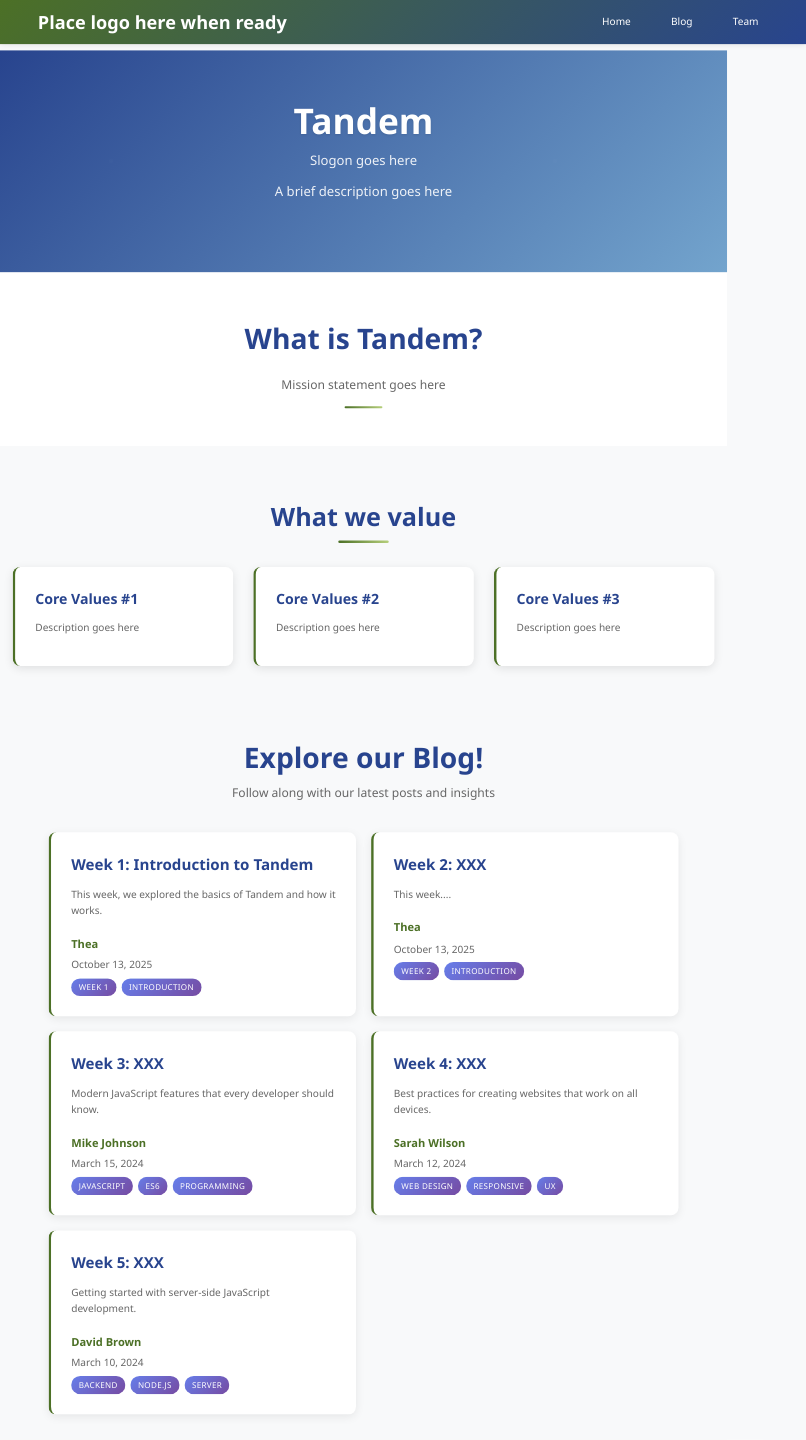
Repository: Bcit-sandy/TandemBlog
Page: /
These files come from the project's save history. The page is drawn as it stood at one moment and after the next save; the edit follows.
The browser window is 1280 px wide. The pictures show the whole page, at 63% of full size.
The project was rebuilt for these pictures with package versions that can differ from the ones it lists, and the page was loaded fresh each time. Also part of the build but not shown: vite.config.js, src/pages/BlogPost.jsx, src/pages/About.css, src/pages/About.jsx.

Above is the page before, as saved 2025-10-13 16:09:33.

### src/index.css
:root {
  /* Typography & base */
  font-family: system-ui, Avenir, Helvetica, Arial, sans-serif;
  line-height: 1.5;
  font-weight: 400;
  color-scheme: light dark;
  color: rgba(255, 255, 255, 0.87);
  background-color: #242424;
  font-synthesis: none;
  text-rendering: optimizeLegibility;
  -webkit-font-smoothing: antialiased;
  -moz-osx-font-smoothing: grayscale;

  /* Color variables */
  --white: #ffffff;
  --black: #000000;

  --light-gray: #f5f7fb;
  --text-gray: #6b7280;
  --dark-gray: #2c3e50;
  --gray-500: #7f8c8d;
  --gray-200: #ecf0f1;
  --border-light: #f0f0f0;

  --blue-primary: #3b82f6;
  --blue-secondary: #60a5fa;

  --green-primary: #10b981;
  --green-secondary: #34d399;

  --indigo: #667eea;
  --purple: #764ba2;

  --link: #646cff;
  --link-hover: #535bf2;
  --link-hover-light: #747bff;

  --button-bg-dark: #1a1a1a;
}

a {
  font-weight: 500;
  color: var(--link);
  text-decoration: inherit;
}
a:hover {
  color: var(--link-hover);
}

body {
  margin: 0;
  display: flex;
  place-items: center;
  min-width: 320px;
  min-height: 100vh;
}

h1 {
  font-size: 3.2em;
  line-height: 1.1;
}

button {
  border-radius: 8px;
  border: 1px solid transparent;
  padding: 0.6em 1.2em;
  font-size: 1em;
  font-weight: 500;
  font-family: inherit;
  background-color: var(--button-bg-dark);
  cursor: pointer;
  transition: border-color 0.25s;
}
button:hover {
  border-color: var(--link);
}
button:focus,
button:focus-visible {
  outline: 4px auto -webkit-focus-ring-color;
}

@media (prefers-color-scheme: light) {
  :root {
    color: #213547;
    background-color: var(--white);
  }
  a:hover {
    color: var(--link-hover-light);
  }
  button {
    background-color: #f9f9f9;
  }
}

### src/App.jsx
import { BrowserRouter as Router, Routes, Route } from 'react-router-dom';
import Navbar from './components/Navbar';
import Home from './pages/Home';
import Blog from './pages/Blog';
import BlogPost from './pages/BlogPost';
import About from './pages/About';
import './App.css';

function App() {
  return (
    <Router>
      <div className="App">
        <Navbar />
        <main>
          <Routes>
            <Route path="/" element={<Home />} />
            <Route path="/blog" element={<Blog />} />
            <Route path="/blog/:id" element={<BlogPost />} />
            <Route path="/about" element={<About />} />
          </Routes>
        </main>
      </div>
    </Router>
  );
}

export default App;

### src/components/Navbar.jsx
import { Link } from 'react-router-dom';
import './Navbar.css';

const Navbar = () => {
  return (
    <nav className="navbar">

      <div className="nav-container">
        <Link to="/" className="nav-logo">
          Place logo here when ready
          {/*remeber to put the logo in the public folder, import it, and use <img src={logo} alt="logo" /> */}
        </Link>

        <ul className="nav-menu">
          <li className="nav-item">
            <Link to="/" className="nav-link">
              Home
            </Link>
          </li>

          <li className="nav-item">
            <Link to="/blog" className="nav-link">
              Blog
            </Link>
          </li>

          <li className="nav-item">
            <Link to="/about" className="nav-link">
              Team
            </Link>
          </li>

        </ul>
      </div>
    </nav>
  );
};

export default Navbar;

### src/pages/Home.jsx
import './Home.css';
import Blog from './Blog';

const Home = () => {
  return (
    <div className="home">
      <section className="hero">
        <div className="hero-content">
          <h1>Tandem</h1>
          <p>Slogon goes here</p>
          <p> A brief description goes here</p>
        </div>
      </section>

      <section className="our-mission">
        <div className="mission-content">
          <h1>What is Tandem?</h1>
          <p>Mission statement goes here</p>
        </div>
      </section>


      <section className="featured-posts">
        <h2>What we value</h2>

        <div className="posts-grid">
          <article className="post-card">
            <h3>Core Values #1</h3>
            <p>Description goes here</p>
          </article>

          <article className="post-card">
            <h3>Core Values #2</h3>
            <p>Description goes here</p>
          </article>

          <article className="post-card">
            <h3>Core Values #3</h3>
            <p>Description goes here</p>
          </article>

        </div>
      </section>

      <section>
        <Blog/>
      </section>

    </div>
  );
};

export default Home;

### src/pages/Blog.jsx
import { useState, useEffect } from 'react';
import { useNavigate } from 'react-router-dom';
import './Blog.css';
import postsData from '../data/posts.json';

const Blog = () => {
  const navigate = useNavigate();
  const [posts, setPosts] = useState([]);

  useEffect(() => {
    setPosts(postsData);
  }, []);

  const handlePostClick = (post) => {
    navigate(`/blog/${post.id}`);
  };

  return (
    <div className="blog">
      <div className="blog-container">
        <header className="blog-header">
          <h1>Explore our Blog!</h1>
          <p>Follow along with our latest posts and insights</p>
        </header>

        <div className="posts-list">
          {posts.map(post => (
            <article key={post.id} className="post-item" onClick={() => handlePostClick(post)}>
              <div className="post-info">
                <h3>{post.title}</h3>
                <p>{post.excerpt}</p>
                <div className="post-meta">
                  <span className="author">{post.author}</span>
                  <span className="date">{post.date}</span>
                  <div className="categories">
                    {post.category.map((cat, index) => (
                      <span key={index} className="category">{cat}</span>
                    ))}
                  </div>
                </div>
              </div>
            </article>
          ))}
        </div>
      </div>
    </div>
  );
};

export default Blog;

### src/App.css
/* Global Styles */
* {
  margin: 0;
  padding: 0;
  box-sizing: border-box;
}

body {
  font-family: 'Segoe UI', Tahoma, Geneva, Verdana, sans-serif;
  line-height: 1.6;
  color: #333;
  background-color: #f8f9fa;
}

.App {
  min-height: 100vh;
  display: flex;
  flex-direction: column;
}

main {
  flex: 1;
  padding-top: 80px; /* Account for fixed navbar */
}

/* Color Variables */
:root {
  --green-primary: #4C7026;
  --green-secondary: #B6CF7B;
  --blue-primary: #28448E;
  --blue-secondary: #73A4CD;
  --white: #ffffff;
  --light-gray: #f8f9fa;
  --dark-gray: #333333;
  --text-gray: #666666;
}

/* Utility Classes */
.container {
  max-width: 1200px;
  margin: 0 auto;
  padding: 0 20px;
}

.btn {
  display: inline-block;
  padding: 12px 24px;
  border: none;
  border-radius: 6px;
  text-decoration: none;
  font-weight: 600;
  cursor: pointer;
  transition: all 0.3s ease;
}

.btn-primary {
  background-color: var(--green-primary);
  color: var(--white);
}

.btn-primary:hover {
  background-color: var(--green-secondary);
  transform: translateY(-2px);
}

.btn-secondary {
  background-color: var(--blue-primary);
  color: var(--white);
}

.btn-secondary:hover {
  background-color: var(--blue-secondary);
  transform: translateY(-2px);
}

/* Responsive Design */
@media (max-width: 768px) {
  main {
    padding-top: 70px;
  }

  .container {
    padding: 0 15px;
  }
}

### src/components/Navbar.css
.navbar {
  position: fixed;
  top: 0;
  left: 0;
  right: 0;
  background: linear-gradient(135deg, var(--green-primary), var(--blue-primary));
  box-shadow: 0 2px 10px rgba(0, 0, 0, 0.1);
  z-index: 1000;
  height: 70px;
}

.nav-container {
  max-width: 1200px;
  margin: 0 auto;
  padding: 0 20px;
  display: flex;
  justify-content: space-between;
  align-items: center;
  height: 100%;
}

.nav-logo {
  font-size: 1.8rem;
  font-weight: bold;
  color: var(--white);
  text-decoration: none;
  transition: color 0.3s ease;
}

.nav-logo:hover {
  color: var(--green-secondary);
}

.nav-menu {
  display: flex;
  list-style: none;
  gap: 2rem;
  margin: 0;
  padding: 0;
}

.nav-item {
  position: relative;
}

.nav-link {
  color: var(--white);
  text-decoration: none;
  font-weight: 500;
  padding: 8px 16px;
  border-radius: 6px;
  transition: all 0.3s ease;
  position: relative;
}

.nav-link:hover {
  background-color: rgba(255, 255, 255, 0.1);
  color: var(--green-secondary);
}

.nav-link::after {
  content: '';
  position: absolute;
  bottom: -5px;
  left: 50%;
  width: 0;
  height: 2px;
  background-color: var(--green-secondary);
  transition: all 0.3s ease;
  transform: translateX(-50%);
}

.nav-link:hover::after {
  width: 80%;
}

/* Mobile Navigation */
@media (max-width: 768px) {
  .nav-container {
    padding: 0 15px;
  }

  .nav-logo {
    font-size: 1.5rem;
  }

  .nav-menu {
    gap: 1rem;
  }

  .nav-link {
    padding: 6px 12px;
    font-size: 0.9rem;
  }
}

@media (max-width: 480px) {
  .nav-menu {
    gap: 0.5rem;
  }

  .nav-link {
    padding: 4px 8px;
    font-size: 0.8rem;
  }
}

### src/pages/Home.css
.home {
  min-height: calc(100vh - 70px);
}

.hero {
  background: linear-gradient(135deg, var(--blue-primary), var(--blue-secondary));
  color: var(--white);
  padding: 80px 0;
  text-align: center;
  position: relative;
  overflow: hidden;
}

.hero::before {
  content: '';
  position: absolute;
  top: 0;
  left: 0;
  right: 0;
  bottom: 0;
  background: url('data:[embedded picture, 296 characters]');
  opacity: 0.1;
}

.hero-content {
  position: relative;
  z-index: 1;
}

.hero-content h1 {
  font-size: 3.5rem;
  margin-bottom: 1rem;
  font-weight: 700;
  text-shadow: 0 2px 4px rgba(0, 0, 0, 0.1);
}

.hero-content p {
  font-size: 1.3rem;
  margin-bottom: 1rem;
  max-width: 600px;
  margin-left: auto;
  margin-right: auto;
  opacity: 0.9;
}

.hero-content p:last-child {
  margin-bottom: 2rem;
}

/* Our Mission Section */
.our-mission {
  padding: 80px 0;
  background: var(--white);
  text-align: center;
}

.mission-content {
  max-width: 800px;
  margin: 0 auto;
  padding: 0 20px;
}

.mission-content h1 {
  font-size: 2.8rem;
  color: var(--blue-primary);
  margin-bottom: 2rem;
  font-weight: 700;
}

.mission-content p {
  font-size: 1.2rem;
  color: var(--text-gray);
  line-height: 1.8;
  max-width: 600px;
  margin: 0 auto;
  position: relative;
}

.mission-content p::after {
  content: '';
  position: absolute;
  bottom: -20px;
  left: 50%;
  transform: translateX(-50%);
  width: 60px;
  height: 3px;
  background: linear-gradient(90deg, var(--green-primary), var(--green-secondary));
  border-radius: 2px;
}

.featured-posts {
  padding: 80px 0;
  background-color: var(--light-gray);
}

.featured-posts h2 {
  text-align: center;
  font-size: 2.5rem;
  margin-bottom: 3rem;
  color: var(--blue-primary);
  position: relative;
}

.featured-posts h2::after {
  content: '';
  position: absolute;
  bottom: -10px;
  left: 50%;
  transform: translateX(-50%);
  width: 80px;
  height: 4px;
  background: linear-gradient(90deg, var(--green-primary), var(--green-secondary));
  border-radius: 2px;
}

.posts-grid {
  max-width: 1200px;
  margin: 0 auto;
  padding: 0 20px;
  display: grid;
  grid-template-columns: repeat(auto-fit, minmax(350px, 1fr));
  gap: 2rem;
}

.post-card {
  background: var(--white);
  border-radius: 12px;
  padding: 2rem;
  box-shadow: 0 4px 15px rgba(0, 0, 0, 0.1);
  transition: all 0.3s ease;
  border-left: 4px solid var(--green-primary);
  position: relative;
  overflow: hidden;
}

.post-card::before {
  content: '';
  position: absolute;
  top: 0;
  left: 0;
  right: 0;
  height: 4px;
  background: linear-gradient(90deg, var(--green-primary), var(--green-secondary));
  transform: scaleX(0);
  transition: transform 0.3s ease;
}

.post-card:hover::before {
  transform: scaleX(1);
}

.post-card:hover {
  transform: translateY(-5px);
  box-shadow: 0 8px 30px rgba(0, 0, 0, 0.15);
}

.post-card h3 {
  color: var(--blue-primary);
  font-size: 1.4rem;
  margin-bottom: 1rem;
  font-weight: 600;
}

.post-card p {
  color: var(--text-gray);
  margin-bottom: 1rem;
  line-height: 1.6;
}

.post-date {
  color: var(--green-primary);
  font-weight: 500;
  font-size: 0.9rem;
}

/* Responsive Design */
@media (max-width: 768px) {
  .hero-content h1 {
    font-size: 2.5rem;
  }

  .hero-content p {
    font-size: 1.1rem;
  }

  .mission-content h1 {
    font-size: 2.2rem;
  }

  .mission-content p {
    font-size: 1.1rem;
  }

  .featured-posts h2 {
    font-size: 2rem;
  }

  .posts-grid {
    grid-template-columns: 1fr;
    padding: 0 15px;
  }

  .post-card {
    padding: 1.5rem;
  }
}

@media (max-width: 480px) {
  .hero {
    padding: 60px 0;
  }

  .hero-content h1 {
    font-size: 2rem;
  }

  .hero-content p {
    font-size: 1rem;
  }

  .our-mission {
    padding: 60px 0;
  }

  .mission-content h1 {
    font-size: 1.8rem;
  }

  .mission-content p {
    font-size: 1rem;
  }

  .featured-posts {
    padding: 60px 0;
  }

  .featured-posts h2 {
    font-size: 1.8rem;
  }
}

### src/pages/Blog.css
.blog {
  min-height: calc(100vh - 70px);
  background-color: var(--light-gray);
  padding: 40px 0;
}

.blog-container {
  max-width: 1200px;
  margin: 0 auto;
  padding: 0 20px;
  display: flex;
  flex-direction: column;
  align-items: center;
}

.blog-header {
  text-align: center;
  margin-bottom: 3rem;
}

.blog-header h1 {
  font-size: 2.8rem;
  color: var(--blue-primary);
  margin-bottom: 1rem;
  font-weight: 700;
}

.blog-header p {
  font-size: 1.2rem;
  color: var(--text-gray);
  max-width: 600px;
  margin: 0 auto;
}

.posts-list {
  display: grid;
  grid-template-columns: repeat(2, 1fr);
  gap: 1.5rem;
  max-width: 1000px;
  width: 100%;
  justify-content: center;
}

.post-item {
  background: var(--white);
  border-radius: 12px;
  padding: 2rem;
  box-shadow: 0 4px 15px rgba(0, 0, 0, 0.08);
  transition: all 0.3s ease;
  cursor: pointer;
  border-left: 4px solid var(--green-primary);
}

.post-item:hover {
  transform: translateY(-3px);
  box-shadow: 0 8px 25px rgba(0, 0, 0, 0.12);
  border-left-color: var(--green-secondary);
}

.post-info h3 {
  color: var(--blue-primary);
  font-size: 1.5rem;
  margin-bottom: 1rem;
  font-weight: 600;
}

.post-info p {
  color: var(--text-gray);
  margin-bottom: 1.5rem;
  line-height: 1.6;
}

.post-meta {
  display: flex;
  gap: 1.5rem;
  flex-wrap: wrap;
  font-size: 0.9rem;
}

.post-meta .author {
  color: var(--green-primary);
  font-weight: 600;
}

.post-meta .date {
  color: var(--text-gray);
}

.categories {
  display: flex;
  gap: 0.5rem;
  flex-wrap: wrap;
}

.post-meta .category {
  background-color: var(--blue-secondary);
  color: var(--white);
  padding: 4px 12px;
  border-radius: 20px;
  font-size: 0.8rem;
  font-weight: 500;
}

/* Blog Post Detail View */
.back-button {
  background-color: var(--blue-primary);
  color: var(--white);
  border: none;
  padding: 10px 20px;
  border-radius: 6px;
  cursor: pointer;
  font-weight: 500;
  margin-bottom: 2rem;
  transition: all 0.3s ease;
}

.back-button:hover {
  background-color: var(--blue-secondary);
  transform: translateX(-3px);
}

.blog-post {
  background: var(--white);
  border-radius: 12px;
  padding: 3rem;
  box-shadow: 0 4px 20px rgba(0, 0, 0, 0.1);
  border-left: 4px solid var(--green-primary);
}

.post-header h1 {
  color: var(--blue-primary);
  font-size: 2.5rem;
  margin-bottom: 1.5rem;
  font-weight: 700;
  line-height: 1.3;
}

.post-header .post-meta {
  margin-bottom: 2rem;
  padding-bottom: 1.5rem;
  border-bottom: 2px solid var(--light-gray);
}

.post-content {
  font-size: 1.1rem;
  line-height: 1.8;
  color: var(--dark-gray);
}

.post-content p {
  margin-bottom: 1.5rem;
}

/* Responsive Design */
@media (max-width: 1024px) {
  .posts-list {
    max-width: 800px;
    width: 100%;
  }
}

@media (max-width: 768px) {
  .posts-list {
    grid-template-columns: 1fr;
    max-width: 600px;
    width: 100%;
  }

  .blog-header h1 {
    font-size: 2.2rem;
  }

  .blog-header p {
    font-size: 1rem;
  }

  .post-item {
    padding: 1.5rem;
  }

  .post-info h3 {
    font-size: 1.3rem;
  }

  .post-meta {
    gap: 1rem;
  }

  .blog-post {
    padding: 2rem;
  }

  .post-header h1 {
    font-size: 2rem;
  }
}

@media (max-width: 480px) {
  .blog {
    padding: 20px 0;
  }

  .blog-container {
    padding: 0 15px;
  }

  .blog-header h1 {
    font-size: 1.8rem;
  }

  .post-item {
    padding: 1rem;
  }

  .post-info h3 {
    font-size: 1.2rem;
  }

  .post-meta {
    flex-direction: column;
    gap: 0.5rem;
  }

  .categories {
    justify-content: center;
  }

  .blog-post {
    padding: 1.5rem;
  }

  .post-header h1 {
    font-size: 1.6rem;
  }
}

### src/data/posts.json
[
  {
    "id": 1,
    "title": "Week 1: Introduction to Tandem",
    "excerpt": "This week, we explored the basics of Tandem and how it works.",
    "content": "What happened this week?",
    "author": "Thea",
    "date": "October 13, 2025",
    "category": ["Week 1", "Introduction"]
  },
  {
    "id": 2,
    "title": "Week 2: XXX",
    "excerpt": "This week....",
    "content": "Detailed description of what happened this week.",
    "author": "Thea",
    "date": "October 13, 2025",
    "category": ["Week 2", "Introduction"]
  },
  {
    "id": 3,
    "title": "Week 3: XXX",
    "excerpt": "Modern JavaScript features that every developer should know.",
    "content": "Lorem ipsum dolor sit amet, consectetur adipiscing elit. Sed do eiusmod tempor incididunt ut labore et dolore magna aliqua.",
    "author": "Mike Johnson",
    "date": "March 15, 2024",
    "category": ["JavaScript", "ES6", "Programming"]
  },
  {
    "id": 4,
    "title": "Week 4: XXX",
    "excerpt": "Best practices for creating websites that work on all devices.",
    "content": "Lorem ipsum dolor sit amet, consectetur adipiscing elit. Sed do eiusmod tempor incididunt ut labore et dolore magna aliqua.",
    "author": "Sarah Wilson",
    "date": "March 12, 2024",
    "category": ["Web Design", "Responsive", "UX"]
  },
  {
    "id": 5,
    "title": "Week 5: XXX",
    "excerpt": "Getting started with server-side JavaScript development.",
    "content": "Node.js allows you to run JavaScript on the server, opening up new possibilities for full-stack development. Built on Chrome's V8 JavaScript engine, Node.js provides a non-blocking, event-driven architecture that's perfect for building scalable network applications. You can use the same language (JavaScript) for both frontend and backend development, which simplifies the development process and allows for code sharing. Node.js comes with npm, the world's largest software registry, giving you access to thousands of packages. Popular frameworks like Express.js make it easy to build web servers and APIs. The event loop handles asynchronous operations efficiently, making Node.js particularly good for real-time applications, APIs, and microservices. Whether you're building a simple web server or a complex application, Node.js provides the tools and ecosystem you need.",
    "author": "David Brown",
    "date": "March 10, 2024",
    "category": ["Backend", "Node.js", "Server"]
  }
]

### src/pages/BlogPost.css
.blog-post {
  min-height: 100vh;
  background: linear-gradient(135deg, var(--indigo) 0%, var(--purple) 100%);
  padding: 2rem 0;
}

.blog-post-container {
  max-width: 800px;
  margin: 0 auto;
  padding: 0 1rem;
}

.back-button {
  background: rgba(255, 255, 255, 0.1);
  border: 2px solid rgba(255, 255, 255, 0.2);
  color: var(--white);
  padding: 0.75rem 1.5rem;
  border-radius: 50px;
  font-size: 1rem;
  font-weight: 600;
  cursor: pointer;
  transition: all 0.3s ease;
  margin-bottom: 2rem;
  backdrop-filter: blur(10px);
}

.back-button:hover {
  background: rgba(255, 255, 255, 0.2);
  border-color: rgba(255, 255, 255, 0.3);
  transform: translateY(-2px);
  box-shadow: 0 8px 25px rgba(0, 0, 0, 0.15);
}

.post-detail {
  background: var(--white);
  border-radius: 20px;
  padding: 3rem;
  box-shadow: 0 20px 60px rgba(0, 0, 0, 0.1);
  backdrop-filter: blur(10px);
  border: 1px solid rgba(255, 255, 255, 0.2);
}

.post-header {
  margin-bottom: 2rem;
  padding-bottom: 2rem;
  border-bottom: 2px solid var(--border-light);
}

.post-title {
  font-size: 2.5rem;
  font-weight: 700;
  color: var(--dark-gray);
  margin-bottom: 1.5rem;
  line-height: 1.2;
}

.post-meta {
  display: flex;
  flex-direction: column;
  gap: 0.5rem;
}

.meta-row {
  display: flex;
  justify-content: space-between;
  align-items: center;
  flex-wrap: wrap;
  gap: 1rem;
}

.author {
  font-weight: 600;
  color: var(--indigo);
  font-size: 1.1rem;
}

.date {
  color: var(--gray-500);
  font-size: 1rem;
}

.categories {
  display: flex;
  gap: 0.5rem;
  flex-wrap: wrap;
}

.category {
  background: linear-gradient(135deg, var(--indigo), var(--purple));
  color: var(--white);
  padding: 0.5rem 1rem;
  border-radius: 25px;
  font-size: 0.9rem;
  font-weight: 600;
  text-transform: uppercase;
  letter-spacing: 0.5px;
}

.post-content {
  margin: 2rem 0;
  line-height: 1.8;
  font-size: 1.1rem;
  color: var(--dark-gray);
}

.post-content p {
  margin-bottom: 1.5rem;
  text-align: justify;
}

.post-footer {
  margin-top: 3rem;
  padding-top: 2rem;
  border-top: 2px solid #f0f0f0;
  display: flex;
  justify-content: space-between;
  align-items: center;
  flex-wrap: wrap;
  gap: 1rem;
}

.post-tags {
  display: flex;
  gap: 0.5rem;
  flex-wrap: wrap;
}

.tag {
  background: var(--gray-200);
  color: var(--dark-gray);
  padding: 0.5rem 1rem;
  border-radius: 20px;
  font-size: 0.9rem;
  font-weight: 500;
  transition: all 0.3s ease;
}


.post-actions {
  display: flex;
  gap: 1rem;
}

.share-button,
.bookmark-button {
  background: transparent;
  border: 2px solid var(--indigo);
  color: var(--indigo);
  padding: 0.75rem 1.5rem;
  border-radius: 25px;
  font-weight: 600;
  cursor: pointer;
  transition: all 0.3s ease;
  font-size: 0.9rem;
}


.loading {
  text-align: center;
  color: var(--white);
  font-size: 1.2rem;
  padding: 4rem 0;
}

.error {
  text-align: center;
  color: var(--white);
  padding: 4rem 0;
}

.error h2 {
  font-size: 2rem;
  margin-bottom: 1rem;
}

.error p {
  font-size: 1.1rem;
  margin-bottom: 2rem;
  opacity: 0.9;
}

/* Responsive Design */
@media (max-width: 768px) {
  .blog-post {
    padding: 1rem 0;
  }

  .blog-post-container {
    padding: 0 0.5rem;
  }

  .post-detail {
    padding: 2rem 1.5rem;
    border-radius: 15px;
  }

  .post-title {
    font-size: 2rem;
  }

  .meta-row {
    flex-direction: column;
    align-items: flex-start;
    gap: 0.5rem;
  }

  .categories {
    justify-content: flex-start;
  }

  .post-footer {
    flex-direction: column;
    align-items: flex-start;
  }

  .post-actions {
    width: 100%;
    justify-content: center;
  }
}

@media (max-width: 480px) {
  .post-detail {
    padding: 1.5rem 1rem;
  }

  .post-title {
    font-size: 1.8rem;
  }

  .post-content {
    font-size: 1rem;
  }

  .share-button,
  .bookmark-button {
    padding: 0.6rem 1.2rem;
    font-size: 0.8rem;
  }
}

Loaded but not shown: index.html (common file); src/main.jsx (common file)

After the next save:
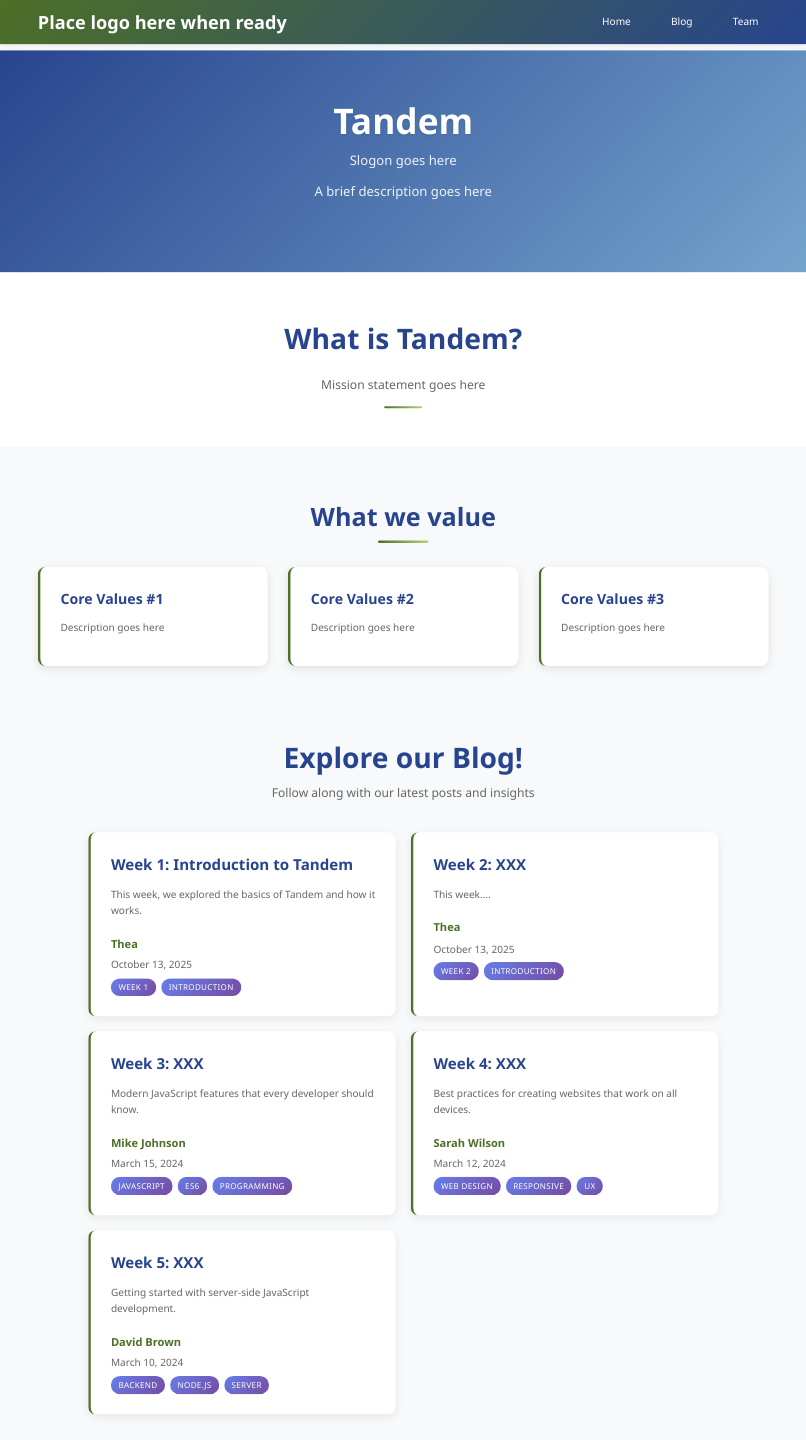
Saved 51 s later.
--- a/src/index.css
+++ b/src/index.css
@@ -49,10 +49,10 @@ a:hover {
 
 body {
   margin: 0;
-  display: flex;
-  place-items: center;
   min-width: 320px;
   min-height: 100vh;
+  font-family: system-ui, Avenir, Helvetica, Arial, sans-serif;
+  background-color: var(--light-gray);
 }
 
 h1 {
